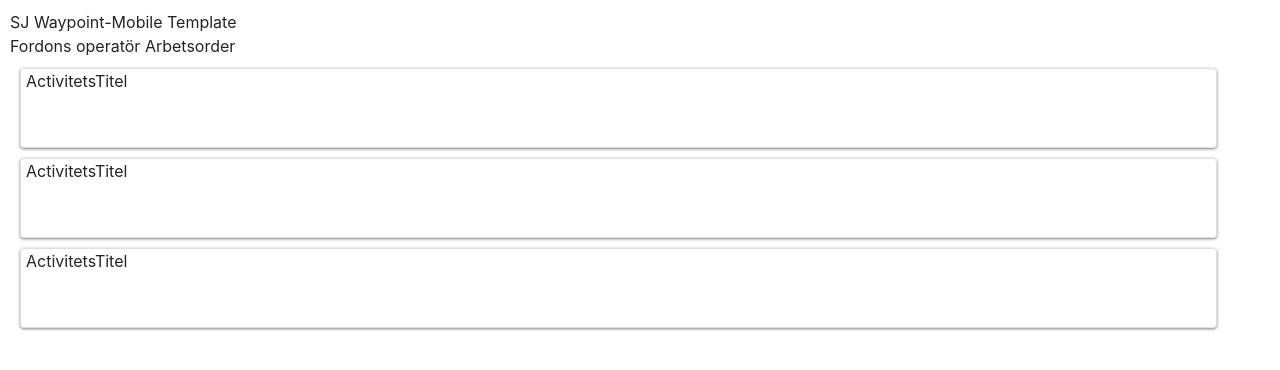
Repository: AdrianaLarsson/yarn-next-typescript
Page: /
The author's editor kept a copy of each file at every save. The page is drawn from the files as they stood at one save, then again after a run of saves.
The browser window is 1280 px wide. The pictures show the whole page.
The project was rebuilt for these pictures with package versions that can differ from the ones it lists, and the page was loaded fresh each time. The framework's server and built-in components were replaced by stand-ins that run in the browser.

Above is the page before, as saved 2021-02-28 11:33:00.

### pages/_app.tsx
// Functionality
import type { AppProps } from 'next/app';
import Head from 'next/head';

// Styling
import 'bootstrap/dist/css/bootstrap.min.css';
import GlobalStyle from '../styles/Globals';
import { sjTheme } from '../styles/Theme';
import { ThemeProvider } from 'styled-components';

// Utils
import GlobalContext from '../components/particles/GlobalContext';

function MyApp({ Component, pageProps }: AppProps): JSX.Element {
  return (
    <>
      <Head>
        <title>SJ Template uhdiuasuasuash</title>
        <meta
          name="viewport"
          content="initial-scale=1.0, width=device-width"
          key="viewport"
        />
        <link rel="favicon" href="/favicon.ico" />
      </Head>
      <GlobalStyle />
      <ThemeProvider theme={sjTheme}>
        <GlobalContext.Provider value={'Context test value'}>
          <Component {...pageProps} />
        </GlobalContext.Provider>
      </ThemeProvider>
    </>
  );
}

export default MyApp;

### pages/index.tsx
// Functionality
import { GetServerSideProps, GetServerSidePropsContext } from 'next';
import VehicleOpreator from '../components/WorkOrderVehicleOperator/vehicleopreator';
import GlobalStyle from '../styles/Globals'
interface serverSideProps {
  dummyPropsValue: string;
}

const Index = (props: serverSideProps): JSX.Element => {
  return (
    <div>
      <main>
        <div>SJ Waypoint-Mobile Template</div>
        <VehicleOpreator/>
        <div>
        </div>
      </main>
    </div>
  );
};

export const getServerSideProps: GetServerSideProps = async (
  context: GetServerSidePropsContext
) => {
  return {
    props: {
      dummyPropsValue: context.resolvedUrl
    }
  };
};

export default Index;

### styles/Globals.ts
import { createGlobalStyle } from 'styled-components';

export default createGlobalStyle`
    body,
    container {
      padding: 10px;
      display: center;
      flex-direction: column;
      align-items: center;
    },
    html {
        padding: 0;
        margin: 0;
        font-family: "-apple-system", "BlinkMacSystemFont", "Segoe UI", "Roboto",
            "Oxygen", "Ubuntu", "Cantarell", "Fira Sans", "Droid Sans", "Helvetica Neue",
            "sans-serif";
        height: 1px;
        margin: auto;
    }
    a {
        color: inherit;
        text-decoration: none;
    }
    * {
        -webkit-box-sizing: border-box;
        box-sizing: border-box;
    }
`;

### styles/Theme.ts
import { DefaultTheme } from 'styled-components';

const sjTheme: DefaultTheme = {
  colors: {
    main: 'black',
    secondary: 'gray'
  }
};

export { sjTheme };

### components/particles/GlobalContext.tsx
import { createContext } from 'react';

const GlobalContext = createContext(null);

export default GlobalContext;

### components/WorkOrderVehicleOperator/vehicleopreator.tsx
import React from 'react'
import StyledCard from '../organisms/Card/Card'

function vehicleOpreator() {
    return (
        <div>
            Fordons operatör Arbetsorder
         <StyledCard>
             ActivitetsTitel
         </StyledCard>
         <StyledCard>
             ActivitetsTitel
         </StyledCard>
         <StyledCard>
             ActivitetsTitel
         </StyledCard>
        </div>
    )
}

export default vehicleOpreator

### components/organisms/Card/Card.tsx
//Components
import Card from 'react-bootstrap/Card';
//Packages
import styled from 'styled-components/'

const StyledCard = styled(Card)`
display: flex;
height: 5em;
width: 95%;
margin: 10px;
padding-left: 5px;
background-color: rgba(0,0,0,0.0);
box-shadow: 0 1px 3px 0 rgba(1.9, 0, 1, 0.5);
border-radius: 4px;

`;
export default StyledCard;

After the next 26 saves:
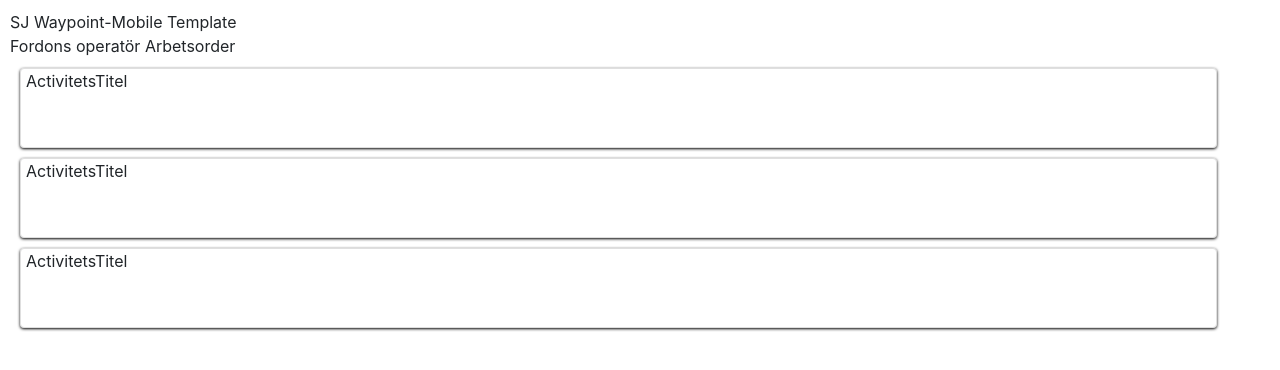
The 26 saves are shown as one change because they came seconds apart.
The last was saved 38 s later.
--- a/components/organisms/Card/Card.tsx
+++ b/components/organisms/Card/Card.tsx
@@ -10,7 +10,7 @@ width: 95%;
 margin: 10px;
 padding-left: 5px;
 background-color: rgba(0,0,0,0.0);
-box-shadow: 0 1px 3px 0 rgba(1.9, 0, 1, 0.5);
+box-shadow: 0 1px 3px 0 rgba(0, 0,0 , 1.5);
 border-radius: 4px;
 
 `;
